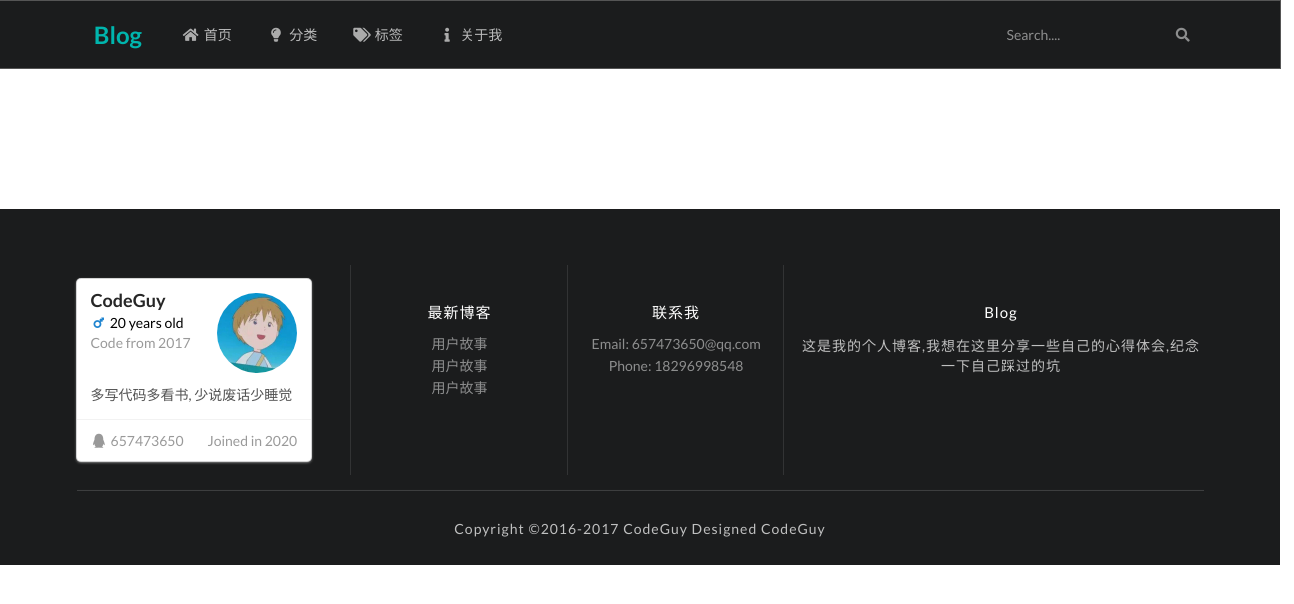
Repository: GOGOHQ/myblog
Page: index.html
These files come from the project's save history. The page is drawn as it stood at one moment and after the next save; the edit follows.
The browser window is 1280 px wide. The page is 1294 px wide, so the pictures cover 1294 px, including what lies to the right of the window. The pictures show the whole page.
Some web libraries are served in a nearby version.

Above is the page before, as saved 2020-01-16 18:39:03.

After the next save:
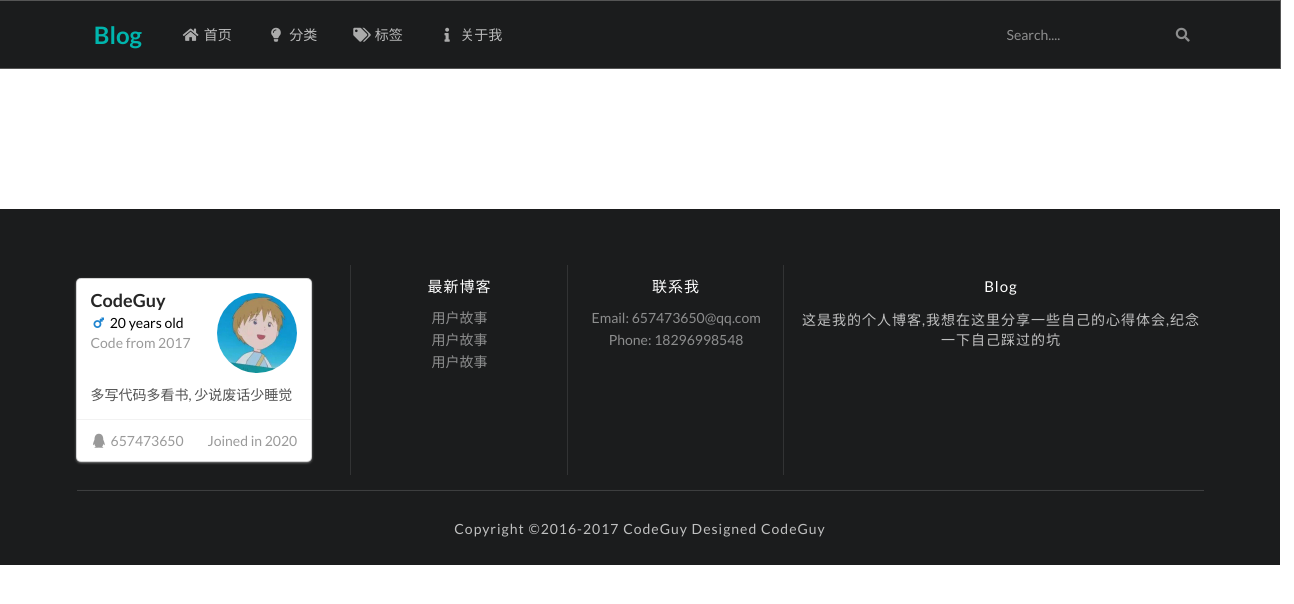
Saved 12 s later.
--- a/static/css/me.css
+++ b/static/css/me.css
@@ -3,7 +3,7 @@
     padding-bottom: 0.2em !important;
 }
 
-.m-padded-t-middle {
+.m-padded-top-middle {
     padding-top: 40px !important
 }
 
